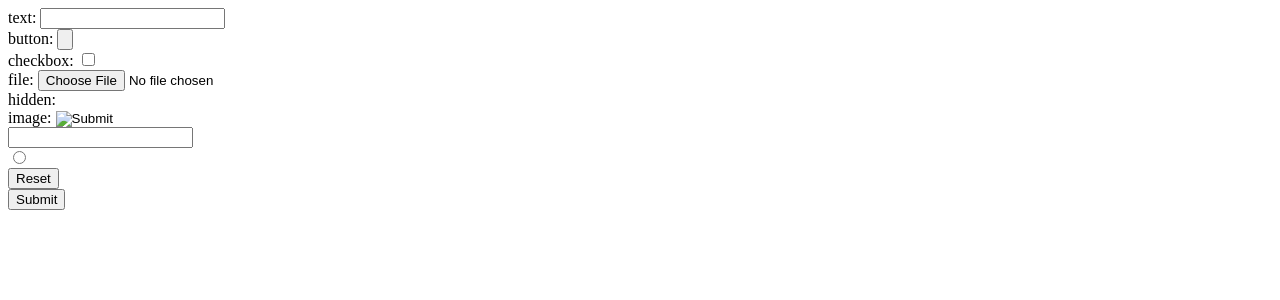
Repository: soso1525/bitcamp
Page: workspace/java-web/src/main/webapp/ch2/2-38.html
These files come from the project's save history. The page is drawn as it stood at one moment and after the next save; the edit follows.
The browser window is 1280 px wide. The pictures show the whole page.

Above is the page before, as saved 2017-12-12 07:03:47.

### workspace/java-web/src/main/webapp/ch2/2-38.html
<!DOCTYPE html>
<html>
<head>
    <title>HTML5 Basic</title>
</head>
<body>
    <form>
        text: <input type="text" /><br />
        button: <input type="button" /><br />
        checkbox: <input type="checkbox" /><br />
        file: <input type="file" /><br />
        hidden: <input type="hidden" /><br />
        image: <input type="image" /><br />
        <input type="password" /><br />
        <input type="radio" /><br />
        <input type="reset" /><br />
        <input type="submit" />
    </form>
</body>
</html>

After the next save:
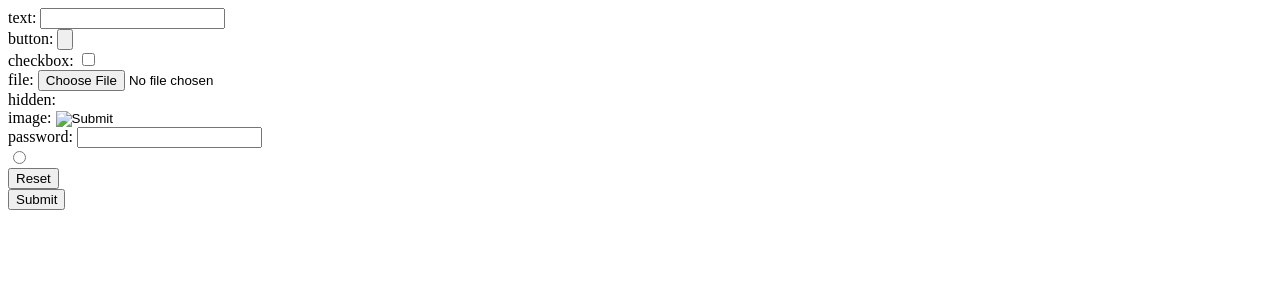
Saved 4 s later.
--- a/workspace/java-web/src/main/webapp/ch2/2-38.html
+++ b/workspace/java-web/src/main/webapp/ch2/2-38.html
@@ -11,7 +11,7 @@
         file: <input type="file" /><br />
         hidden: <input type="hidden" /><br />
         image: <input type="image" /><br />
-        <input type="password" /><br />
+        password: <input type="password" /><br />
         <input type="radio" /><br />
         <input type="reset" /><br />
         <input type="submit" />
